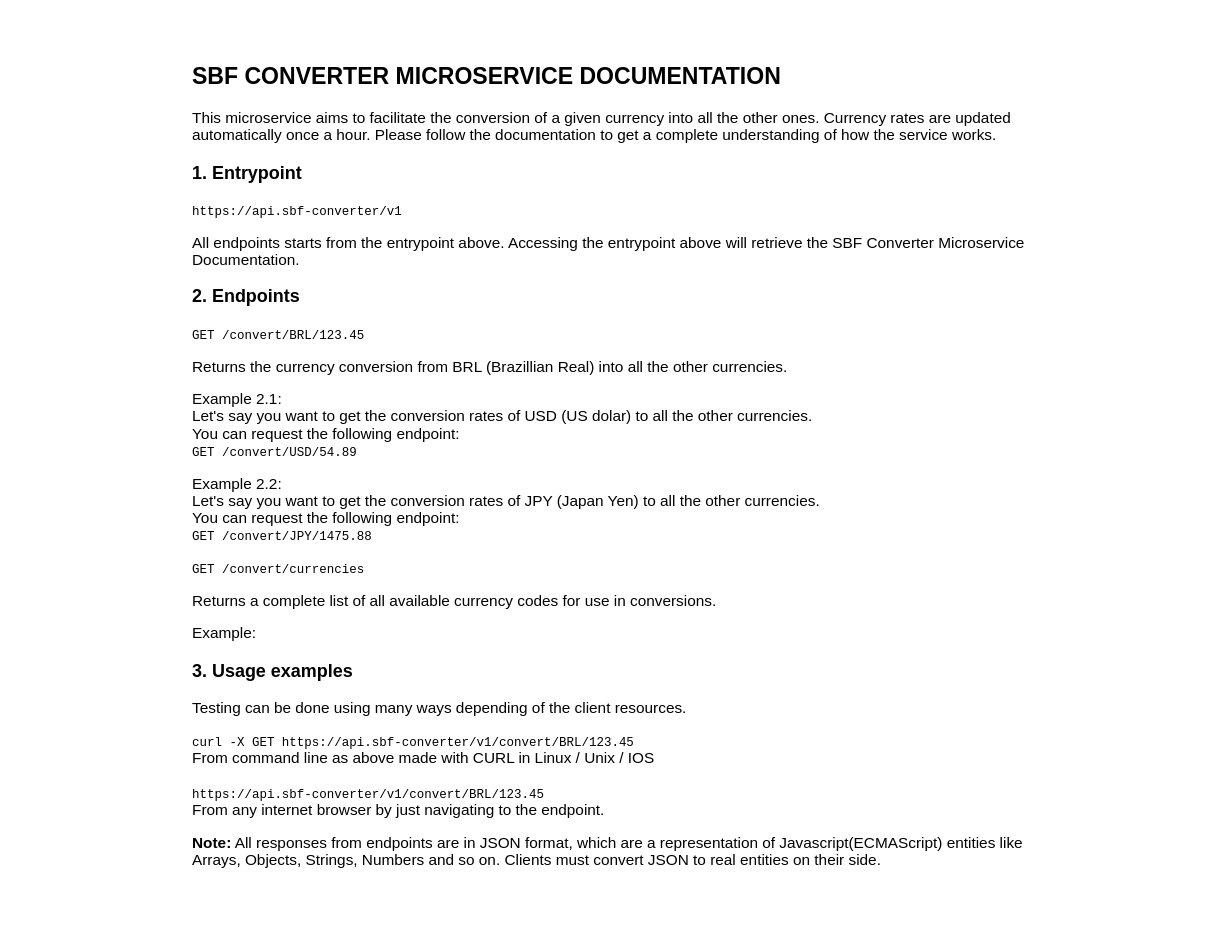
Repository: miguelamello/nestjs-restful-api
Page: documentation.html
These files come from the project's save history. The page is drawn as it stood at one moment and after a run of saves; the edit follows.
The browser window is 1280 px wide. The pictures show the whole page, at 96% of full size.

Above is the page before, as saved 2023-03-21 22:37:46.

After the next 2 saves:
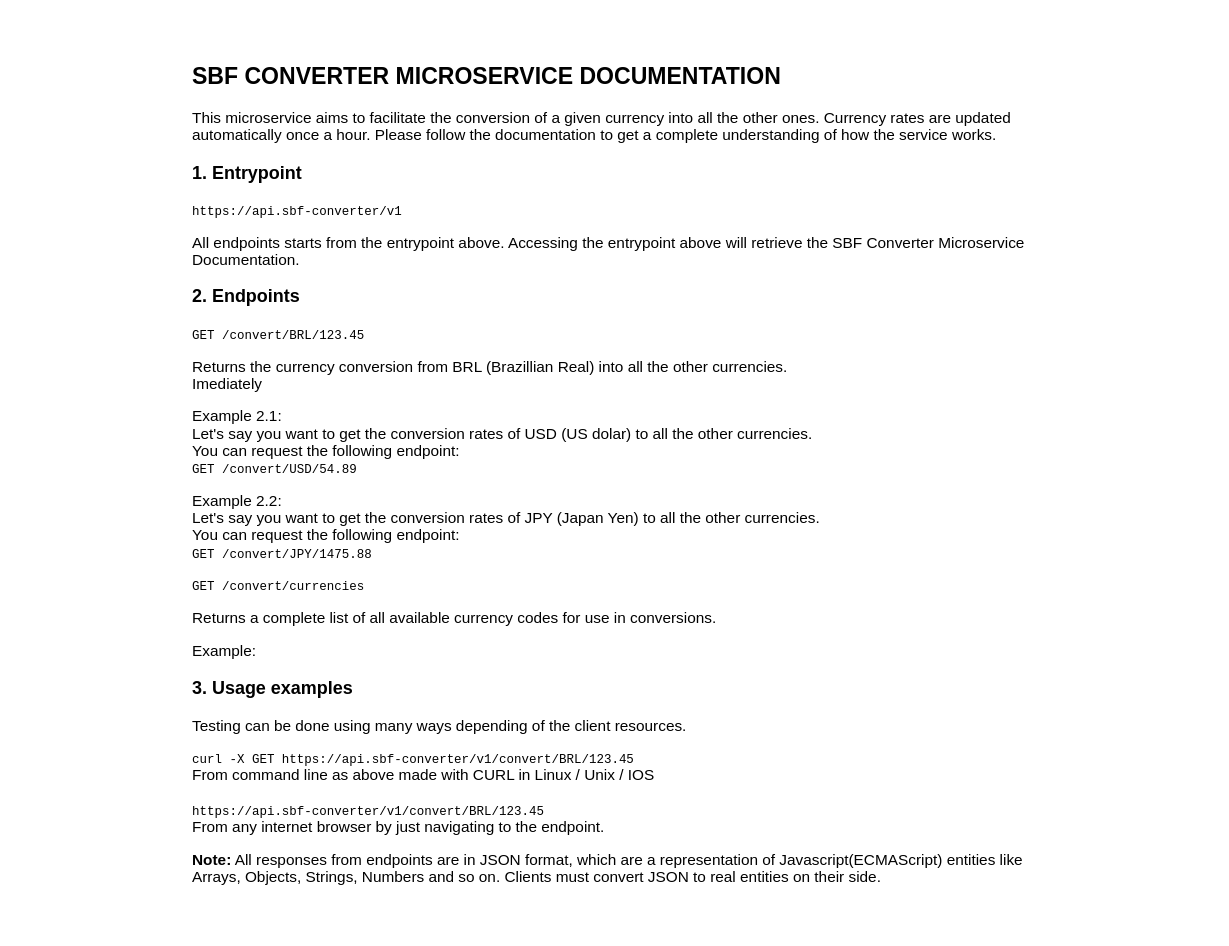
The 2 saves are shown as one change because they came seconds apart.
The last was saved 10 s later.
--- a/documentation.html
+++ b/documentation.html
@@ -31,7 +31,7 @@
   <p>
     <code>GET /convert/BRL/123.45</code>
     <div>Returns the currency conversion from BRL (Brazillian Real) into all the other currencies.</div>
-    <div></div>
+    <div>Imediately </div>
 
     <p>
       <div>Example 2.1:</div>
